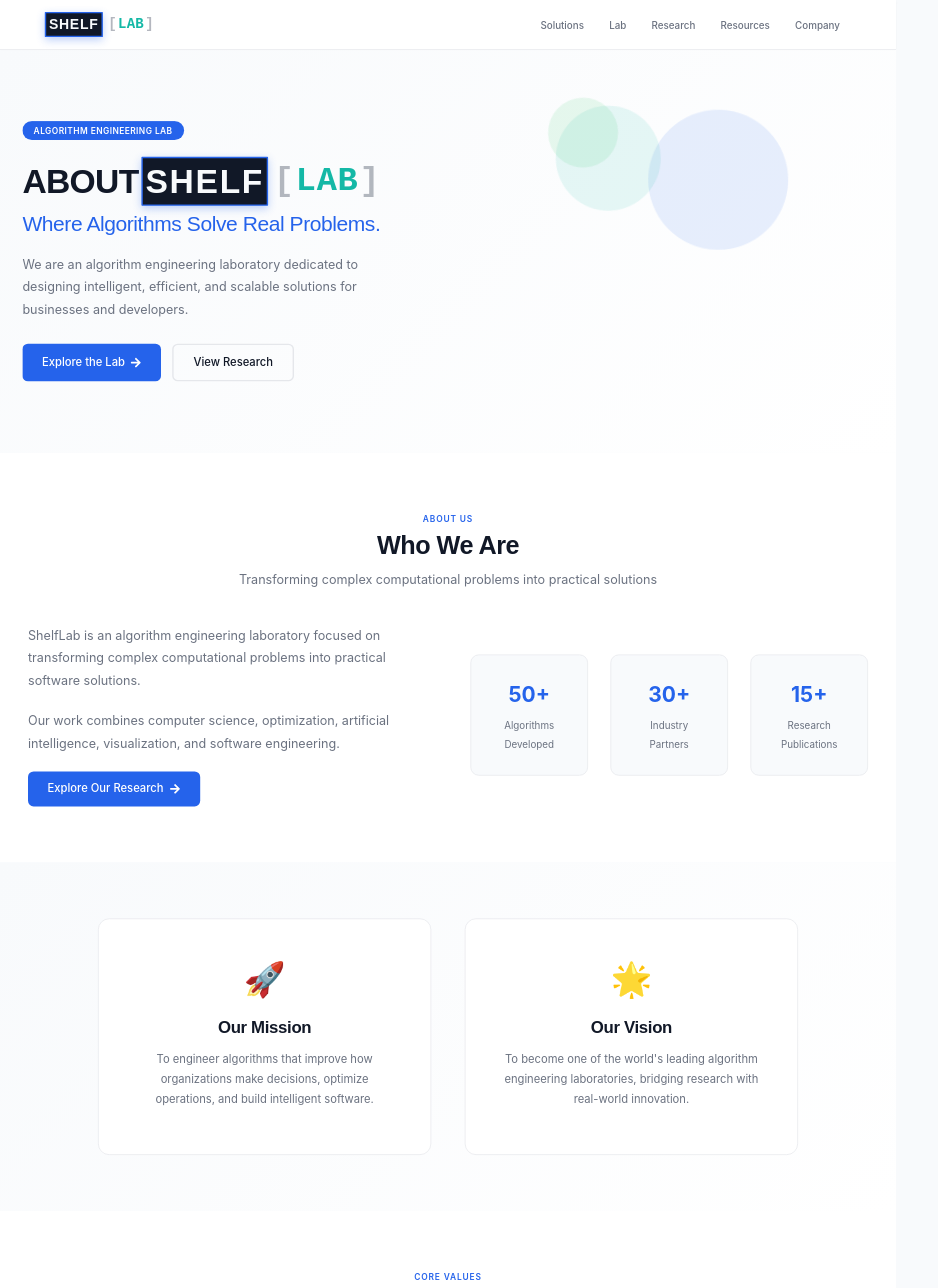
Repository: VladimirGagarin/shelf
Page: /about
An editor plug-in stored every save of this project. The page is shown before and after a run of saves, followed by the edit.
The browser window is 1280 px wide. The page is 1340 px wide, so the pictures cover 1340 px, including what lies to the right of the window. The pictures show the part of the page from y = 0 to 1840 px (the page is 5035 px tall), at 70% of full size.
The project was rebuilt for these pictures with package versions that can differ from the ones it lists, and the page was loaded fresh each time. Also part of the build but not shown: vite.config.js, src/App.css, src/App.jsx.

Above is the page before, as saved 2026-07-13 18:31:28.

After the next 2 saves:
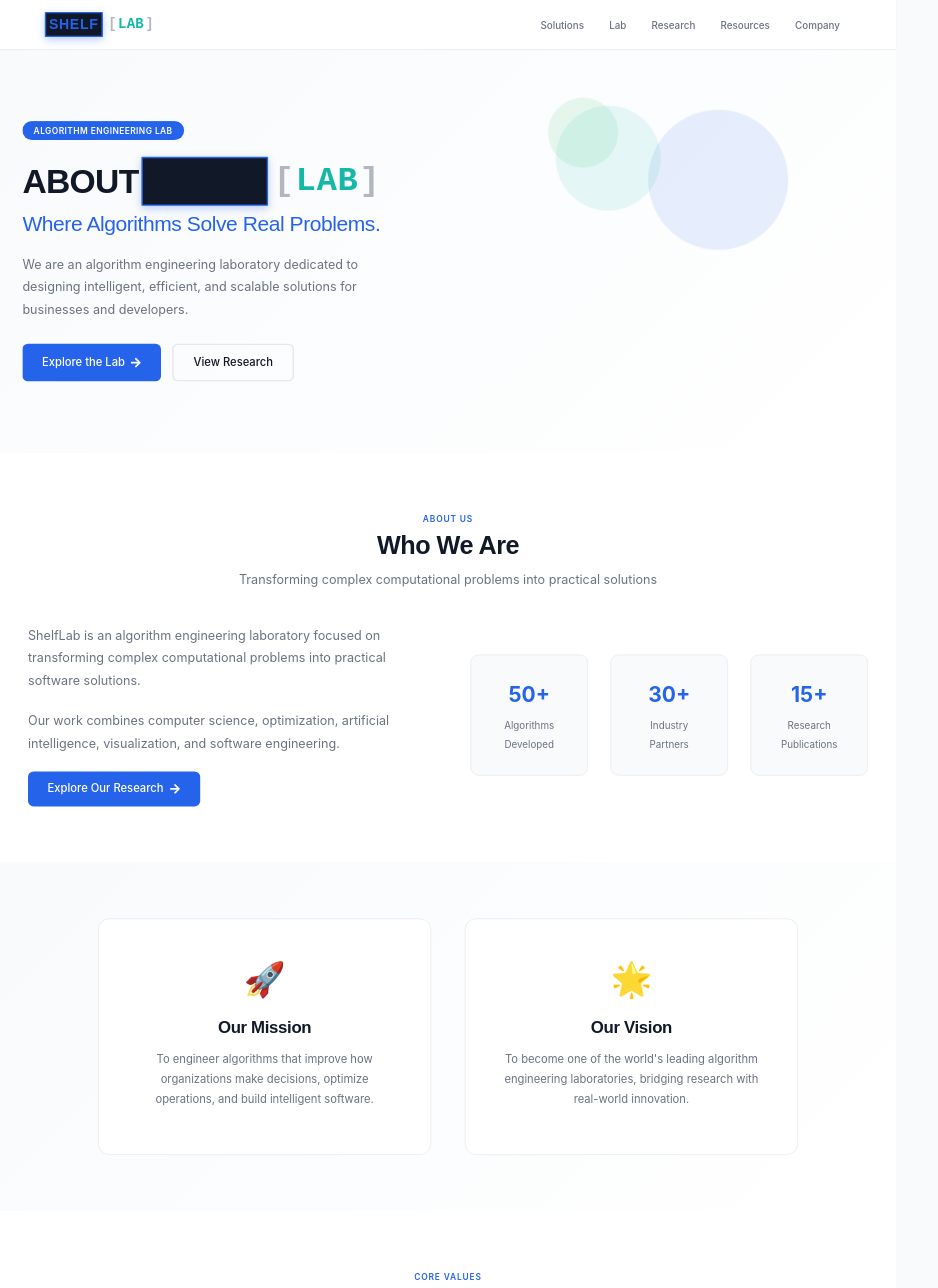
The 2 saves are shown as one change because they came seconds apart.
The last was saved 19 s later.
--- a/src/About/about.css
+++ b/src/About/about.css
@@ -946,7 +946,7 @@
 .shelf-box {
   display: inline-block;
   background:var(--color-text);
-  color: var(--bg-primary);
+  color: var(--colo);
   padding: 0.25rem;
   border-radius: 1px;
   border: 2px solid var(--color-primary);
